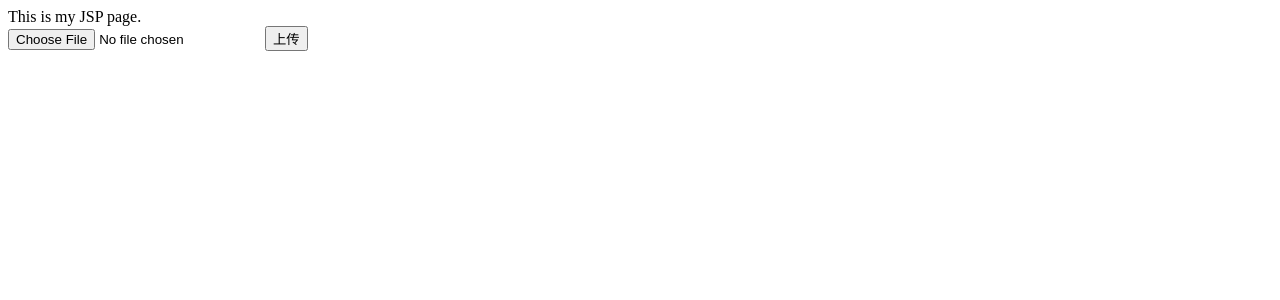
Repository: ruanhuabin/IntelliEyeShade
Page: http://localhost/IntelliEyeShade/users/users_verify_result.jsp
These files come from the project's save history. The page is drawn as it stood at one moment and after the next save; the edit follows.
The browser window is 1280 px wide. The pictures show the whole page.
The page is served by Tomcat 9. Nobody is signed in. The application's start-up code is not run. Other server files are loaded and not shown.

Above is the page before, as saved 2016-12-13 07:54:11.

### IntelliEyeShade/WebRoot/users/users_verify_result.jsp
<%@ page language="java" import="java.util.*" pageEncoding="utf-8"%>
<%
String path = request.getContextPath();
String basePath = request.getScheme()+"://"+request.getServerName()+":"+request.getServerPort()+path+"/";
%>

<!DOCTYPE HTML PUBLIC "-//W3C//DTD HTML 4.01 Transitional//EN">
<html>
  <head>
    <base href="<%=basePath%>">

    <title>My JSP 'upload.jsp' starting page</title>

	<meta http-equiv="pragma" content="no-cache">
	<meta http-equiv="cache-control" content="no-cache">
	<meta http-equiv="expires" content="0">
	<meta http-equiv="keywords" content="keyword1,keyword2,keyword3">
	<meta http-equiv="description" content="This is my page">
	<!--
	<link rel="stylesheet" type="text/css" href="styles.css">
	-->

  </head>

  <body>
    This is my JSP page. <br>
  <form action="/users/users_upload.action" enctype="multipart/form-data">
  <input type="file" name="yourFile"/>
  <input type="submit" value="上传"/>
  </form>


  </body>
</html>

After the next save:
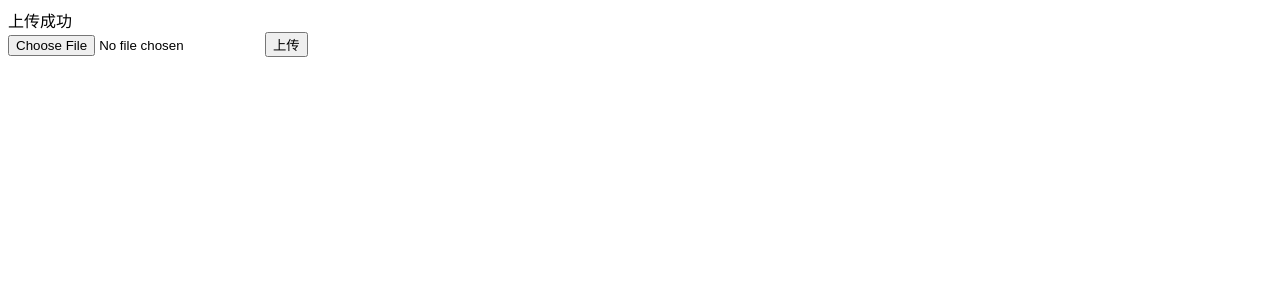
Saved 4 min 17 s later.
--- a/IntelliEyeShade/WebRoot/users/users_verify_result.jsp
+++ b/IntelliEyeShade/WebRoot/users/users_verify_result.jsp
@@ -23,7 +23,7 @@ String basePath = request.getScheme()+"://"+request.getServerName()+":"+request.
   </head>
 
   <body>
-    This is my JSP page. <br>
+    上传成功 <br>
   <form action="/users/users_upload.action" enctype="multipart/form-data">
   <input type="file" name="yourFile"/>
   <input type="submit" value="上传"/>
